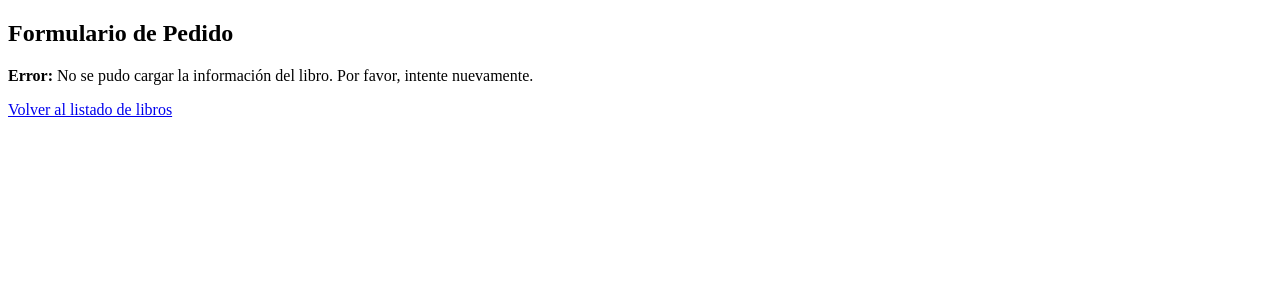
Repository: izhanlaraagarcia/BBDD-Biblioteca
Page: http://localhost/UF3/modelo/formularioPedido.php
The author's editor kept a copy of each file at every save. The page is drawn from the files as they stood at one save, then again after the next save.
The browser window is 1280 px wide. The pictures show the whole page.
The page is run by PHP 8.4 with error messages shown; the project is at /var/www/html/. The session is filled in as if someone had signed in: {"usuario": {"id": 1, "_id": "000000000000000000000001", "name": "Test User", "username": "testuser", "email": "test@example.com", "role": "admin"}, "hora": 1727357684}.

Above is the page before, as saved 2024-11-13 09:36:08.

After the next save:
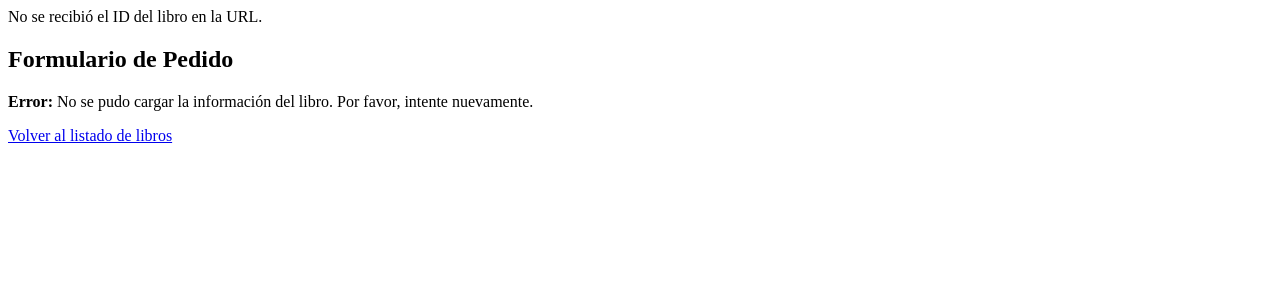
Saved 106 s later.
--- a/UF3/modelo/formularioPedido.php
+++ b/UF3/modelo/formularioPedido.php
@@ -19,13 +19,24 @@
 // Verificar si tenemos un ID de libro en la URL
 $idLibro = $_GET['idLibro'] ?? null;
 if ($idLibro) {
+    // Mostrar el ID del libro para depuración
+    echo "ID del libro recibido: " . htmlspecialchars($idLibro) . "<br>";
+
     // Preparar y ejecutar la consulta
     $stmt = $conn->prepare("SELECT titulo, isbn FROM libros WHERE id = ?");
     $stmt->bind_param("s", $idLibro);
     $stmt->execute();
     $stmt->bind_result($titulo, $isbn);
-    $stmt->fetch();
+    if ($stmt->fetch()) {
+        // Datos del libro cargados correctamente
+        echo "Libro encontrado: " . htmlspecialchars($titulo) . " - " . htmlspecialchars($isbn) . "<br>";
+    } else {
+        // Si no se encontró el libro
+        echo "Libro no encontrado en la base de datos.<br>";
+    }
     $stmt->close();
+} else {
+    echo "No se recibió el ID del libro en la URL.<br>";
 }
 
 // Cerrar conexión

After the save that followed:
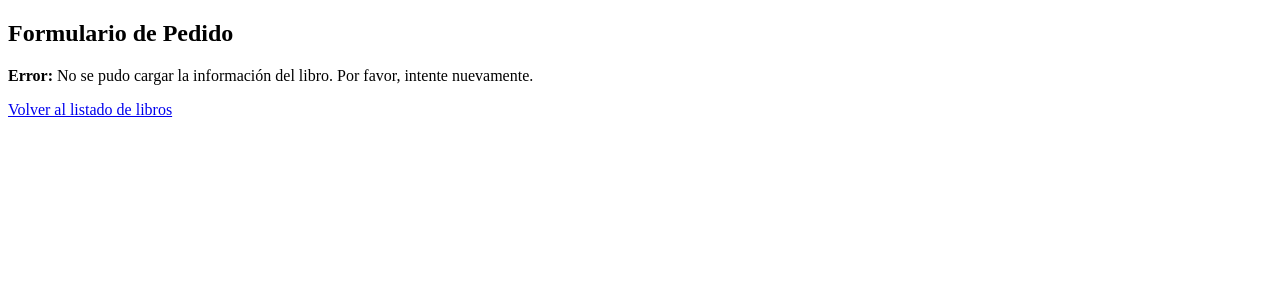
Saved 109 s later.
--- a/UF3/modelo/formularioPedido.php
+++ b/UF3/modelo/formularioPedido.php
@@ -1,46 +1,30 @@
 <?php
 session_start();
 
-// Asegurarse de que el usuario está autenticado
+// Verificar que el usuario está autenticado
 if (!isset($_SESSION['usuario'])) {
     header("Location: ../index.php");
     exit();
 }
 
-// Conectar a la base de datos
-$conn = new mysqli("localhost", "root", "1234", "biblioteca");
-if ($conn->connect_error) {
-    die("Error de conexión: " . $conn->connect_error);
-}
-
 // Inicializar variables
 $titulo = $isbn = "";
 
-// Verificar si tenemos un ID de libro en la URL
-$idLibro = $_GET['idLibro'] ?? null;
-if ($idLibro) {
-    // Mostrar el ID del libro para depuración
-    echo "ID del libro recibido: " . htmlspecialchars($idLibro) . "<br>";
+// Verificar si tenemos un ISBN en la URL
+$isbnLibro = $_GET['isbn'] ?? null; // Asegúrate de que el enlace incluya `?isbn=9788408184243`
+if ($isbnLibro) {
+    // Cargar el archivo XML
+    $xml = simplexml_load_file("../assets/libreria.xml") or die("No se pudo cargar el archivo XML.");
 
-    // Preparar y ejecutar la consulta
-    $stmt = $conn->prepare("SELECT titulo, isbn FROM libros WHERE id = ?");
-    $stmt->bind_param("s", $idLibro);
-    $stmt->execute();
-    $stmt->bind_result($titulo, $isbn);
-    if ($stmt->fetch()) {
-        // Datos del libro cargados correctamente
-        echo "Libro encontrado: " . htmlspecialchars($titulo) . " - " . htmlspecialchars($isbn) . "<br>";
-    } else {
-        // Si no se encontró el libro
-        echo "Libro no encontrado en la base de datos.<br>";
+    // Buscar el libro en el XML
+    foreach ($xml->libro as $libro) {
+        if ((string) $libro->isbn === $isbnLibro) {
+            $titulo = (string) $libro->titulo;
+            $isbn = (string) $libro->isbn;
+            break;
+        }
     }
-    $stmt->close();
-} else {
-    echo "No se recibió el ID del libro en la URL.<br>";
 }
-
-// Cerrar conexión
-$conn->close();
 
 // Definir la fecha actual para la compra y el usuario de sesión
 $fechaCompra = date("Y-m-d");
